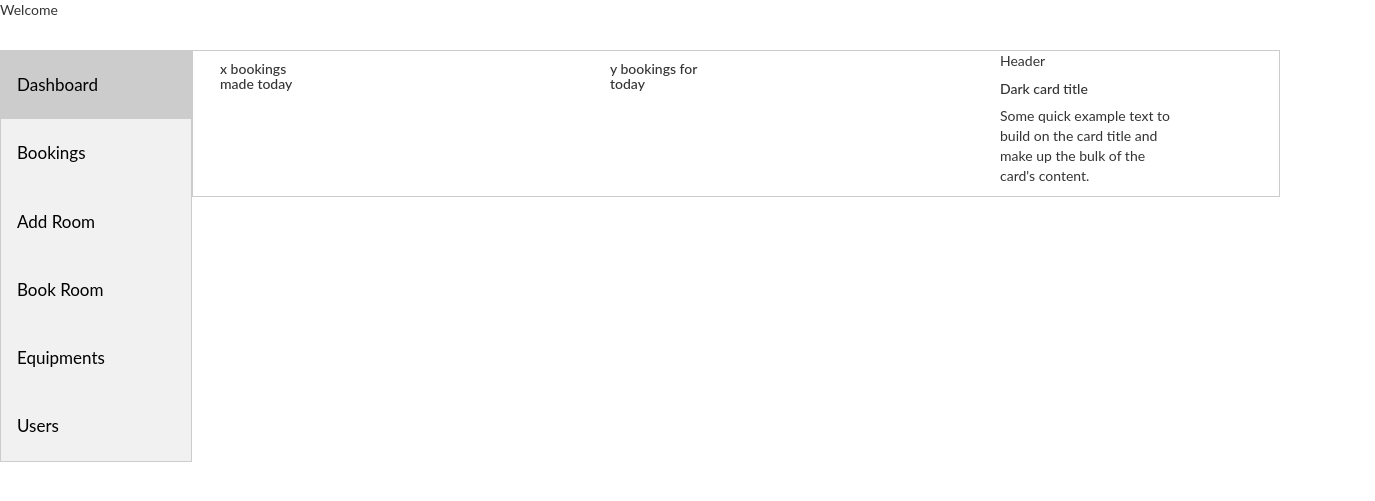
Repository: abhi608/visa_tutorial
Page: meetingroomapp/src/main/resources/static/dashboardView.html
These files come from the project's save history. The page is drawn as it stood at one moment and after the next save; the edit follows.
The browser window is 1280 px wide. The page is 1375 px wide, so the pictures cover 1375 px, including what lies to the right of the window. The pictures show the whole page.

Above is the page before, as saved 2018-08-07 07:53:14.

### meetingroomapp/src/main/resources/static/dashboardView.html
<!DOCTYPE html>
<html>
<head>
<meta name="viewport" content="width=device-width, initial-scale=1">
<link rel="stylesheet" href="https://maxcdn.bootstrapcdn.com/bootstrap/3.3.7/css/bootstrap.min.css">
 <script src="https://ajax.googleapis.com/ajax/libs/jquery/3.3.1/jquery.min.js"></script>
 <script src="https://maxcdn.bootstrapcdn.com/bootstrap/3.3.7/js/bootstrap.min.js"></script>
<style>
* {box-sizing: border-box}
body {font-family: "Lato", sans-serif;}


/* Style the tab */
.tab {
    float: left;
    border: 1px solid #ccc;
    background-color: #f1f1f1;
    width: 15%;
    /*height: 300px;*/
}

/* Style the buttons inside the tab */
.tab button {
    display: block;
    background-color: inherit;
    color: black;
    padding: 22px 16px;
    width: 100%;
    border: none;
    outline: none;
    text-align: left;
    cursor: pointer;
    transition: 0.3s;
    font-size: 17px;
}

/* Change background color of buttons on hover */
.tab button:hover {
    background-color: #ddd;
}

/* Create an active/current "tab button" class */
.tab button.active {
    background-color: #ccc;
}

/* Style the tab content */
.tabcontent {
    float: left;
    padding: 0px 12px;
	border: 1px solid #ccc;
    width: 85%;
    border-left: 1px solid #ccc ;
    border-bottom: 1px solid #ccc;
    /* height: 300px;*/
}
</style>
</head>
<body>

<p>Welcome </p><br />


<div class="tab">
  <button class="tablinks" onclick="openCity(event, 'Dashboard')" id="defaultOpen">Dashboard</button>
  <button class="tablinks" onclick="openCity(event, 'Bookings')">Bookings</button>
  <button class="tablinks" onclick="openCity(event, 'AddRoom')">Add Room</button>
  <button class="tablinks" onclick="openCity(event, 'BookRoom')">Book Room</button>
  <button class="tablinks" onclick="openCity(event, 'Equipments')">Equipments</button>
  <button class="tablinks" onclick="openCity(event, 'Users')">Users</button>
</div>

<div id="Dashboard" class="tabcontent">
  <div class="container">
	  <div class="row">
	    <div class="col-sm-4">
	      <div class="card border-dark mb-3" style="width: 10rem;">
  			<div class="card-body">
    			<h5 class="card-title">x bookings made today</h5>
  			</div>
		  </div>
	    </div>
	    <div class="col-sm-4">
	      <div class="card" style="width: 10rem;">
  			<div class="card-body">
    			<h5 class="card-title">y bookings for today</h5>
  			</div>
		  </div>
	    </div>
	    <div class="col-sm-4">
	      <div class="card border-dark mb-3" style="max-width: 18rem;">
  <div class="card-header">Header</div>
  <div class="card-body text-dark">
    <h5 class="card-title">Dark card title</h5>
    <p class="card-text">Some quick example text to build on the card title and make up the bulk of the card's content.</p>
  </div>
</div>
	    </div>
	  </div>
  </div>
 </div>

<div id="Bookings" class="tabcontent">
  <h3>Bookings</h3>
  <p>Show Bookings</p>
</div>

<div id="AddRoom" class="tabcontent">
  <h3>Add Room</h3>
  <p>Add a new room</p>
</div>

<div id="BookRoom" class="tabcontent">
  <h3>Book a room</h3>
  <p>This will book a room</p>
</div>

<div id="Equipments" class="tabcontent">
  <h3>Equipments</h3>
  <p>Show Equipments</p>
</div>

<div id="Users" class="tabcontent">
  <h3>Users</h3>
  <p>Show all the rooms</p>
</div>




<script>
function openCity(evt, cityName) {
    var i, tabcontent, tablinks;
    tabcontent = document.getElementsByClassName("tabcontent");
    for (i = 0; i < tabcontent.length; i++) {
        tabcontent[i].style.display = "none";
    }
    tablinks = document.getElementsByClassName("tablinks");
    for (i = 0; i < tablinks.length; i++) {
        tablinks[i].className = tablinks[i].className.replace(" active", "");
    }
    document.getElementById(cityName).style.display = "block";
    evt.currentTarget.className += " active";
}

// Get the element with id="defaultOpen" and click on it
document.getElementById("defaultOpen").click();
</script>

</body>
</html>

After the next save:
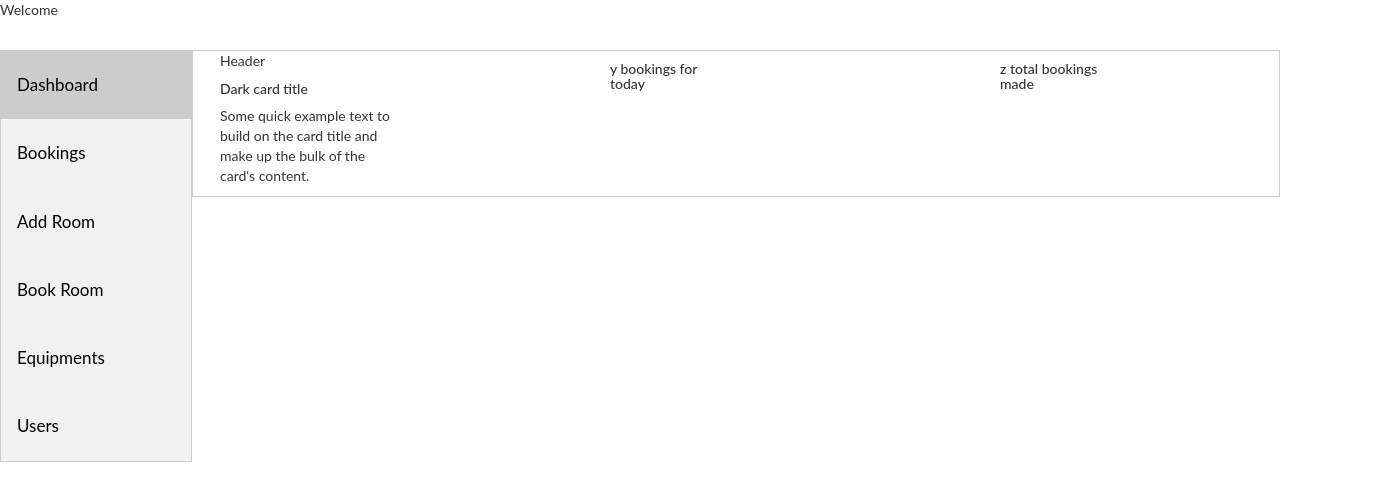
Saved 3 min 29 s later.
--- a/meetingroomapp/src/main/resources/static/dashboardView.html
+++ b/meetingroomapp/src/main/resources/static/dashboardView.html
@@ -74,11 +74,13 @@ body {font-family: "Lato", sans-serif;}
   <div class="container">
 	  <div class="row">
 	    <div class="col-sm-4">
-	      <div class="card border-dark mb-3" style="width: 10rem;">
-  			<div class="card-body">
-    			<h5 class="card-title">x bookings made today</h5>
-  			</div>
-		  </div>
+	      <div class="card border-dark mb-3" style="max-width: 18rem;">
+  <div class="card-header">Header</div>
+  <div class="card-body text-dark">
+    <h5 class="card-title">Dark card title</h5>
+    <p class="card-text">Some quick example text to build on the card title and make up the bulk of the card's content.</p>
+  </div>
+</div>
 	    </div>
 	    <div class="col-sm-4">
 	      <div class="card" style="width: 10rem;">
@@ -88,13 +90,11 @@ body {font-family: "Lato", sans-serif;}
 		  </div>
 	    </div>
 	    <div class="col-sm-4">
-	      <div class="card border-dark mb-3" style="max-width: 18rem;">
-  <div class="card-header">Header</div>
-  <div class="card-body text-dark">
-    <h5 class="card-title">Dark card title</h5>
-    <p class="card-text">Some quick example text to build on the card title and make up the bulk of the card's content.</p>
-  </div>
-</div>
+	      <div class="card" style="width: 10rem;">
+  			<div class="card-body">
+    			<h5 class="card-title">z total bookings made</h5>
+  			</div>
+		  </div>
 	    </div>
 	  </div>
   </div>
